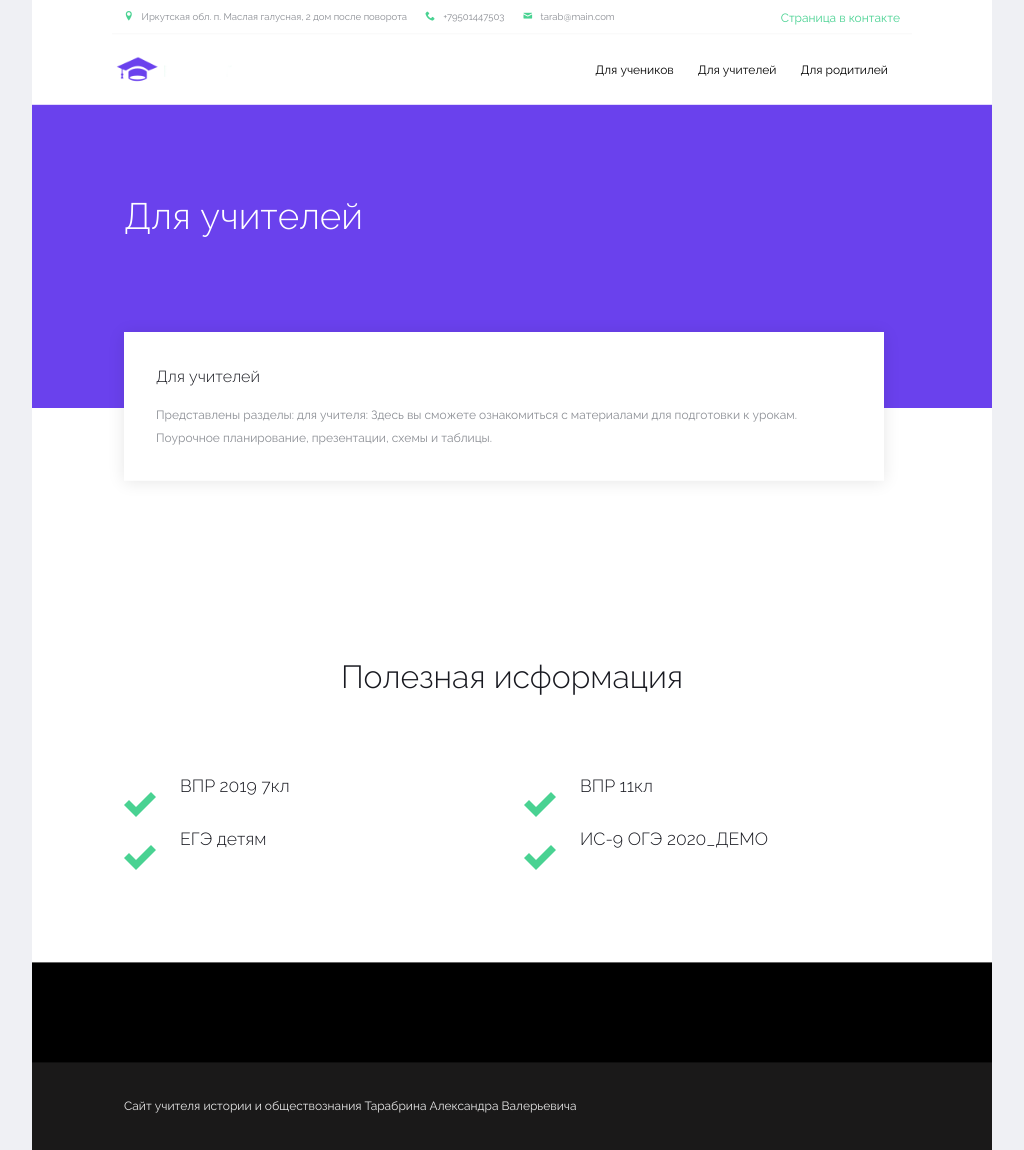
Repository: tarabrin-aleksander/tarabrin-aleksander
Page: teacher.html
The author's editor kept a copy of each file at every save. The page is drawn from the files as they stood at one save, then again after the next save.
The browser window is 1280 px wide. The pictures show the whole page, at 80% of full size.

Above is the page before, as saved 2020-01-24 15:04:07.

After the next save:
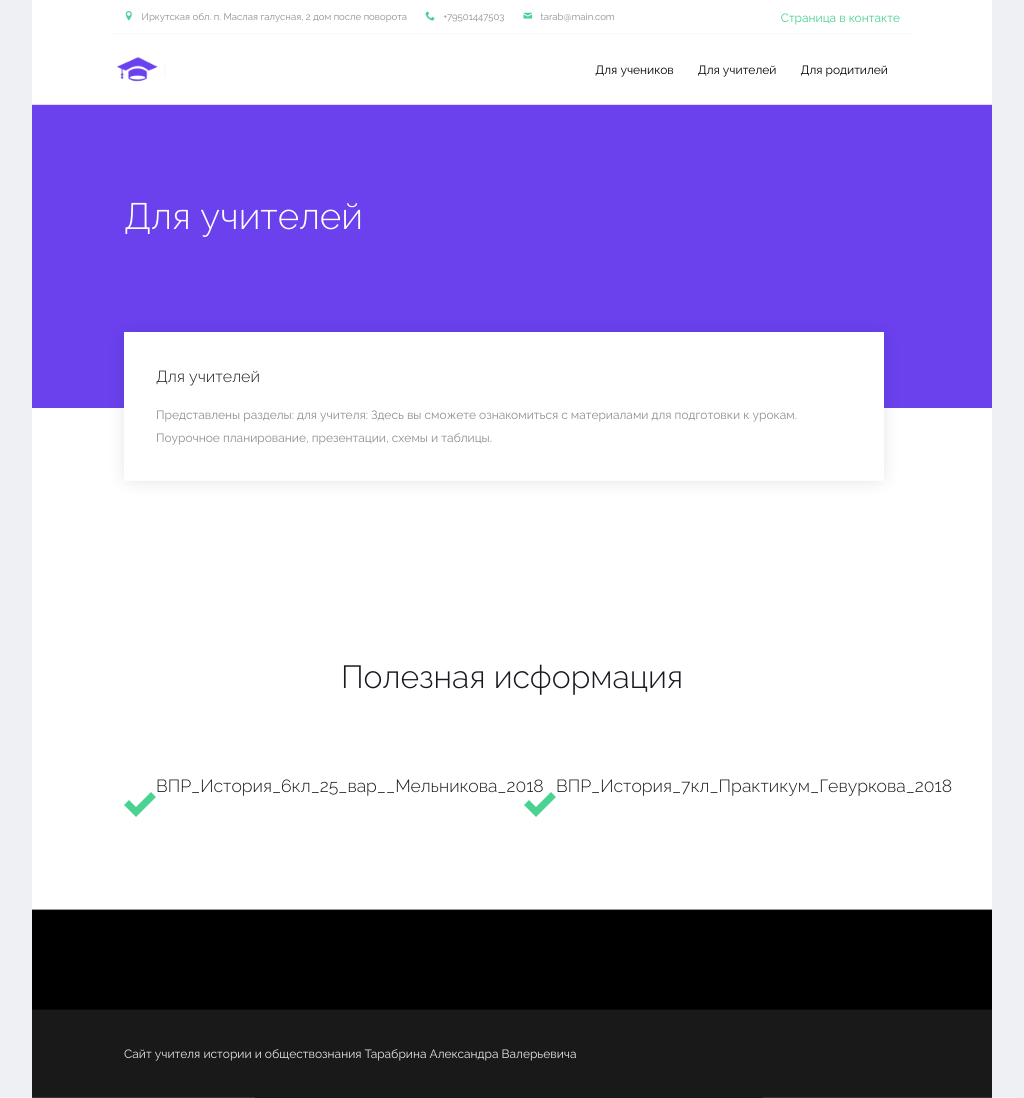
Saved 48 s later.
--- a/teacher.html
+++ b/teacher.html
@@ -97,30 +97,18 @@
           </div>
           <div class="row">
             <div class="col-md-6">
-              <a href="pdf/pupil/vpr-2019-obs-7kl-obrazets (2).pdf" class="service left-icon probootstrap-animate">
+              <a href="pdf/teacher/5175_ВПР_История_6кл_25_вар__Мельникова_2018.pdf" class="service left-icon probootstrap-animate">
                 <div class="icon"><i class="icon-checkmark"></i></div>
                 <div class="text">
-                  <h3>ВПР 2019 7кл</h3>
-                </div>
-              </a>
-              <a href="pdf/pupil/егэ детям.pdf" class="service left-icon probootstrap-animate">
-                <div class="icon"><i class="icon-checkmark"></i></div>
-                <div class="text">
-                  <h3>ЕГЭ детям</h3>
+                  <h3>ВПР_История_6кл_25_вар__Мельникова_2018</h3>
                 </div>
               </a>
             </div>
             <div class="col-md-6">
-              <a href="pdf/pupil/впр 11 кл.pdf" class="service left-icon probootstrap-animate">
+              <a href="pdf/teacher/657_ВПР_История_7кл_Практикум_Гевуркова_2018.pdf" class="service left-icon probootstrap-animate">
                 <div class="icon"><i class="icon-checkmark"></i></div>
                 <div class="text">
-                  <h3>ВПР 11кл</h3>
-                </div>
-              </a>
-              <a href="pdf/pupil/ИС-9 ОГЭ 2020_ДЕМО.pdf" class="service left-icon probootstrap-animate">
-                <div class="icon"><i class="icon-checkmark"></i></div>
-                <div class="text">
-                  <h3>ИС-9 ОГЭ 2020_ДЕМО</h3>
+                  <h3>ВПР_История_7кл_Практикум_Гевуркова_2018</h3>
                 </div>
               </a>
             </div>
